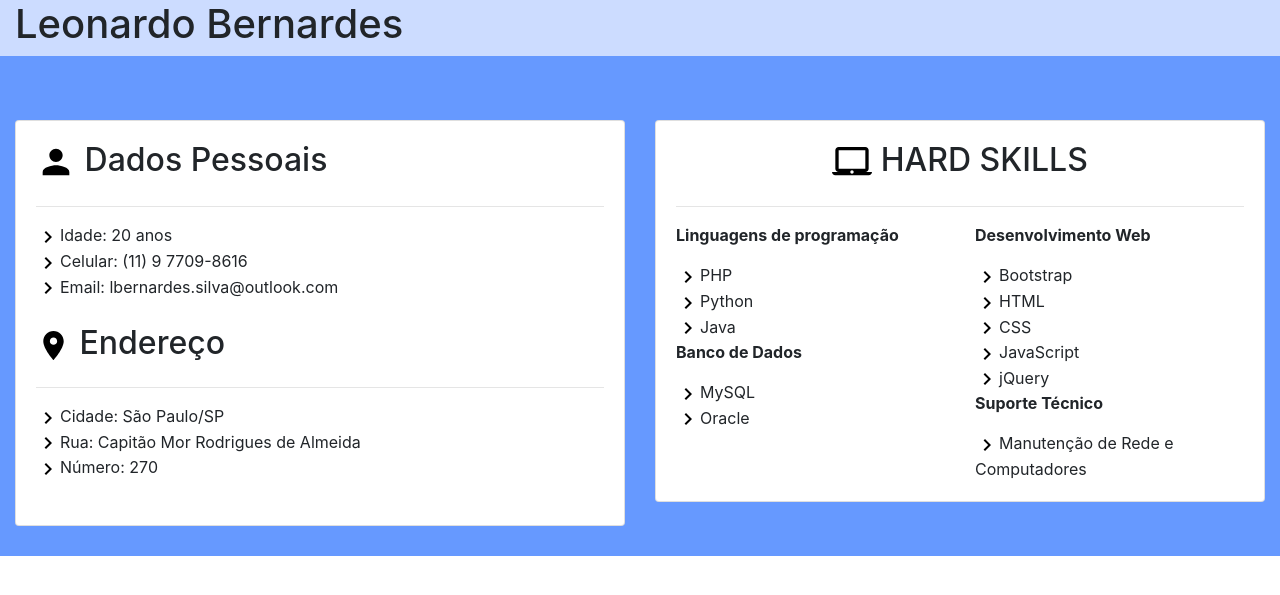
Repository: MeuAmor/meuamor.github.io
Page: index.html
These files come from the project's save history. The page is drawn as it stood at one moment and after the next save; the edit follows.
The browser window is 1280 px wide. The pictures show the whole page.

Above is the page before, as saved 2019-08-19 23:14:41.

### index.html
<!DOCTYPE html>
<html lang="pt">
<head>
  <title>2 ANOS</title>
  <meta charset="utf-8">
  <meta name="viewport" content="width=device-width, initial-scale=1">
  <link rel="stylesheet" href="assets/css/bootstrap4.1/bootstrap.min.css">
  <script src="assets/js/jquery.3.3.1.min.js"></script>
  <script src="assets/js/bootstrap4.1/popper.min.js"></script>
	<script src="assets/js/bootstrap4.1/bootstrap.min.js"></script>
	<!-- <style>
			hr {
				margin-top: 1rem;
				margin-bottom: 1rem;
				border: 5;
				border-top: 1px solid rgba(0, 0, 0, 0.1);
			}
		</style> -->
</head>
<body class="container-fluid">


	<div class="row" style="background:#ccdcff">
		<div class="col-md-6 ">
			<h1>Leonardo Bernardes</h1>
		</div>
		<div class="col-md-6 " id="redes_sociais">
			<!-- <a style="margin:10px;" class="btn btn-info btn-xs float-right" href="http://www.linkedin.com/in/leonardo-bernardes-da-silva-a8869b132">
				<svg xmlns="http://www.w3.org/2000/svg" width="24" height="24" viewBox="0 0 24 24" fill="none" stroke="currentColor" stroke-width="2" stroke-linecap="round" stroke-linejoin="round" class="feather feather-linkedin">
					<path d="M16 8a6 6 0 0 1 6 6v7h-4v-7a2 2 0 0 0-2-2 2 2 0 0 0-2 2v7h-4v-7a6 6 0 0 1 6-6z"></path><rect x="2" y="9" width="4" height="12"></rect>
					<circle cx="4" cy="4" r="2"></circle></svg>	LinkedIn</a>
				<a style="margin:10px;" class="btn btn-primary btn-xs float-right" href="http://www.facebook.com/lezinho.bernardes">
					<svg xmlns="http://www.w3.org/2000/svg" width="24" height="24" viewBox="0 0 24 24" fill="none" stroke="currentColor" stroke-width="2" stroke-linecap="round" stroke-linejoin="round" class="feather feather-facebook">
						<path d="M18 2h-3a5 5 0 0 0-5 5v3H7v4h3v8h4v-8h3l1-4h-4V7a1 1 0 0 1 1-1h3z"></path>
					</svg>
					LinkedIn
				</a>  -->
		</div>


</div>
<div class="row" style="background:#6699ff;min-height: 500px;">

	<!-- <hr> -->
	<!-- <p style="margin: 10px;">
		<a class="btn btn-dark" data-toggle="collapse" href="#multiCollapseExample1" role="button" aria-expanded="false" aria-controls="multiCollapseExample1">Toggle first element</a>
		<button class="btn btn-dark" type="button" data-toggle="collapse" data-target="#multiCollapseExample2" aria-expanded="false" aria-controls="multiCollapseExample2">Toggle second element</button>
		<button class="btn btn-dark" type="button" data-toggle="collapse" data-target=".multi-collapse" aria-expanded="false" aria-controls="multiCollapseExample1 multiCollapseExample2">Toggle both elements</button> -->
	<!-- </p> -->


	<div class="col-md-6" style="margin-top: 5%;">
		<div class="card card-body">
				<h2> <svg xmlns="http://www.w3.org/2000/svg" width="40" height="40" viewBox="0 0 24 24"><path d="M12 12c2.21 0 4-1.79 4-4s-1.79-4-4-4-4 1.79-4 4 1.79 4 4 4zm0 2c-2.67 0-8 1.34-8 4v2h16v-2c0-2.66-5.33-4-8-4z"/><path d="M0 0h24v24H0z" fill="none"/></svg> Dados Pessoais</h2>
				<hr>
					<div>

						<svg xmlns="http://www.w3.org/2000/svg" width="24" height="24" viewBox="0 0 24 24">
							<path d="M8.59 16.59L13.17 12 8.59 7.41 10 6l6 6-6 6-1.41-1.41z"/>
							<path fill="none" d="M0 0h24v24H0V0z"/>
						</svg>Idade: 20 anos<br>
						<svg xmlns="http://www.w3.org/2000/svg" width="24" height="24" viewBox="0 0 24 24">
							<path d="M8.59 16.59L13.17 12 8.59 7.41 10 6l6 6-6 6-1.41-1.41z"/>
							<path fill="none" d="M0 0h24v24H0V0z"/>
						</svg>Celular: (11) 9 7709-8616<br>
						<svg xmlns="http://www.w3.org/2000/svg" width="24" height="24" viewBox="0 0 24 24">
							<path d="M8.59 16.59L13.17 12 8.59 7.41 10 6l6 6-6 6-1.41-1.41z"/>
							<path fill="none" d="M0 0h24v24H0V0z"/>
						</svg>Email: lbernardes.silva@outlook.com<br><br>
					</div>

				<h2> <svg xmlns="http://www.w3.org/2000/svg" width="35" height="35" viewBox="0 0 24 24"><path d="M12 2C8.13 2 5 5.13 5 9c0 5.25 7 13 7 13s7-7.75 7-13c0-3.87-3.13-7-7-7zm0 9.5c-1.38 0-2.5-1.12-2.5-2.5s1.12-2.5 2.5-2.5 2.5 1.12 2.5 2.5-1.12 2.5-2.5 2.5z"/><path d="M0 0h24v24H0z" fill="none"/></svg> Endereço</h2>
				<hr>
				<div>
					<svg xmlns="http://www.w3.org/2000/svg" width="24" height="24" viewBox="0 0 24 24">
						<path d="M8.59 16.59L13.17 12 8.59 7.41 10 6l6 6-6 6-1.41-1.41z"/>
						<path fill="none" d="M0 0h24v24H0V0z"/>
					</svg>Cidade: São Paulo/SP<br>
					<svg xmlns="http://www.w3.org/2000/svg" width="24" height="24" viewBox="0 0 24 24">
						<path d="M8.59 16.59L13.17 12 8.59 7.41 10 6l6 6-6 6-1.41-1.41z"/>
						<path fill="none" d="M0 0h24v24H0V0z"/>
					</svg>Rua: Capitão Mor Rodrigues de Almeida<br>
					<svg xmlns="http://www.w3.org/2000/svg" width="24" height="24" viewBox="0 0 24 24">
						<path d="M8.59 16.59L13.17 12 8.59 7.41 10 6l6 6-6 6-1.41-1.41z"/>
						<path fill="none" d="M0 0h24v24H0V0z"/>
					</svg>Número: 270<br><br>
				</div>
		</div>
	</div>
	<div class="col-md-6" style="margin-top: 5%;">
		<div class="card card-body">
			<h2 style="text-align:center;"><svg xmlns="http://www.w3.org/2000/svg" width="40" height="40" viewBox="0 0 24 24"><path d="M0 0h24v24H0z" fill="none"/><path d="M20 18c1.1 0 1.99-.9 1.99-2L22 5c0-1.1-.9-2-2-2H4c-1.1 0-2 .9-2 2v11c0 1.1.9 2 2 2H0c0 1.1.9 2 2 2h20c1.1 0 2-.9 2-2h-4zM4 5h16v11H4V5zm8 14c-.55 0-1-.45-1-1s.45-1 1-1 1 .45 1 1-.45 1-1 1z"/></svg> HARD SKILLS  </h2>
			<hr>
				<div class="row">

					<div class="col-md-6">

						<p><b>Linguagens de programação</b></p>
						<div>
							<svg xmlns="http://www.w3.org/2000/svg" width="24" height="24" viewBox="0 0 24 24">
								<path d="M8.59 16.59L13.17 12 8.59 7.41 10 6l6 6-6 6-1.41-1.41z"/>
								<path fill="none" d="M0 0h24v24H0V0z"/>
							</svg>PHP<br>
							<svg xmlns="http://www.w3.org/2000/svg" width="24" height="24" viewBox="0 0 24 24">
								<path d="M8.59 16.59L13.17 12 8.59 7.41 10 6l6 6-6 6-1.41-1.41z"/>
								<path fill="none" d="M0 0h24v24H0V0z"/>
							</svg>Python<br>
							<svg xmlns="http://www.w3.org/2000/svg" width="24" height="24" viewBox="0 0 24 24">
								<path d="M8.59 16.59L13.17 12 8.59 7.41 10 6l6 6-6 6-1.41-1.41z"/>
								<path fill="none" d="M0 0h24v24H0V0z"/>
							</svg>Java<br>
						</div>
						<p><b>Banco de Dados</b></p>
						<div>
							<svg xmlns="http://www.w3.org/2000/svg" width="24" height="24" viewBox="0 0 24 24">
								<path d="M8.59 16.59L13.17 12 8.59 7.41 10 6l6 6-6 6-1.41-1.41z"/>
								<path fill="none" d="M0 0h24v24H0V0z"/>
							</svg>MySQL<br>
							<svg xmlns="http://www.w3.org/2000/svg" width="24" height="24" viewBox="0 0 24 24">
								<path d="M8.59 16.59L13.17 12 8.59 7.41 10 6l6 6-6 6-1.41-1.41z"/>
								<path fill="none" d="M0 0h24v24H0V0z"/>
							</svg>Oracle<br>
						</div>

					</div>
					<div class="col-md-6">
							<p><b>Desenvolvimento Web</b></p>
						<div>
							<svg xmlns="http://www.w3.org/2000/svg" width="24" height="24" viewBox="0 0 24 24">
								<path d="M8.59 16.59L13.17 12 8.59 7.41 10 6l6 6-6 6-1.41-1.41z"/>
								<path fill="none" d="M0 0h24v24H0V0z"/>
							</svg>Bootstrap<br>
							<svg xmlns="http://www.w3.org/2000/svg" width="24" height="24" viewBox="0 0 24 24">
								<path d="M8.59 16.59L13.17 12 8.59 7.41 10 6l6 6-6 6-1.41-1.41z"/>
								<path fill="none" d="M0 0h24v24H0V0z"/>
							</svg>HTML<br>
							<svg xmlns="http://www.w3.org/2000/svg" width="24" height="24" viewBox="0 0 24 24">
								<path d="M8.59 16.59L13.17 12 8.59 7.41 10 6l6 6-6 6-1.41-1.41z"/>
								<path fill="none" d="M0 0h24v24H0V0z"/>
							</svg>CSS<br>
							<svg xmlns="http://www.w3.org/2000/svg" width="24" height="24" viewBox="0 0 24 24">
								<path d="M8.59 16.59L13.17 12 8.59 7.41 10 6l6 6-6 6-1.41-1.41z"/>
								<path fill="none" d="M0 0h24v24H0V0z"/>
							</svg>JavaScript<br>
							<svg xmlns="http://www.w3.org/2000/svg" width="24" height="24" viewBox="0 0 24 24">
								<path d="M8.59 16.59L13.17 12 8.59 7.41 10 6l6 6-6 6-1.41-1.41z"/>
								<path fill="none" d="M0 0h24v24H0V0z"/>
							</svg>jQuery<br>
						</div>

						<p><b>Suporte Técnico</b></p>
						<div>
								<svg xmlns="http://www.w3.org/2000/svg" width="24" height="24" viewBox="0 0 24 24">
									<path d="M8.59 16.59L13.17 12 8.59 7.41 10 6l6 6-6 6-1.41-1.41z"/>
									<path fill="none" d="M0 0h24v24H0V0z"/>
								</svg>Manutenção de Rede e Computadores<br>
							</div>
					</div>

				</div>
			</div>

	</div>

</div>
</body>
</html>

Loaded but not shown: assets/css/bootstrap4.1/bootstrap.min.css (library); assets/js/jquery.3.3.1.min.js (library); assets/js/bootstrap4.1/popper.min.js (library); assets/js/bootstrap4.1/bootstrap.min.js (library)

After the next save:
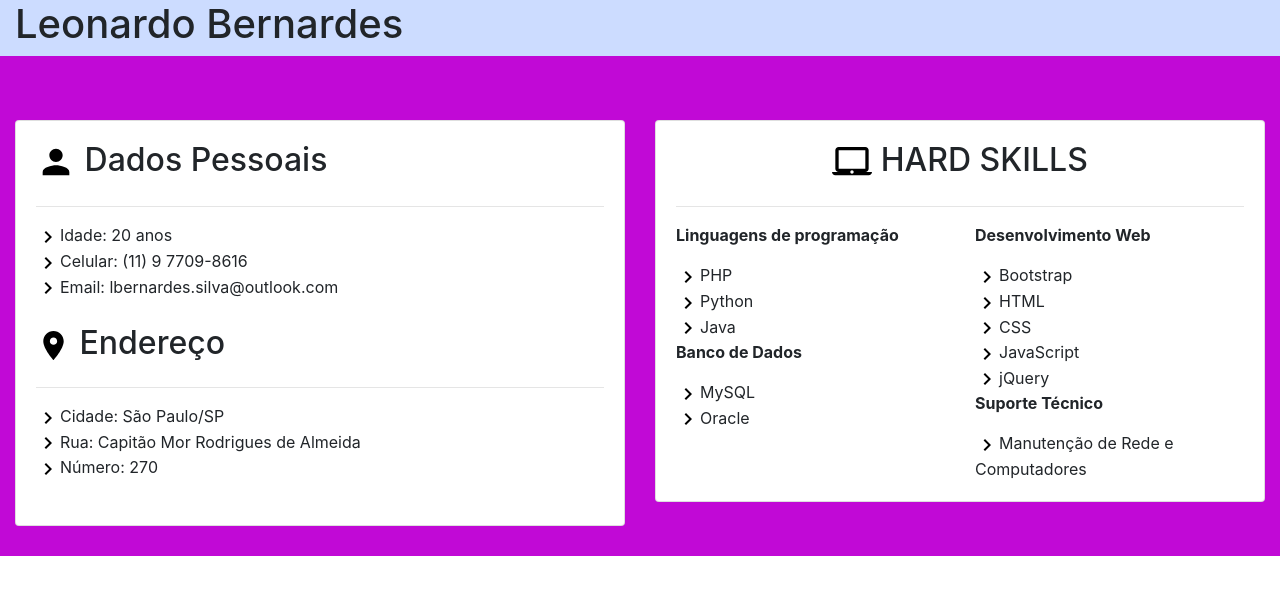
Saved 104 s later.
--- a/index.html
+++ b/index.html
@@ -39,7 +39,7 @@
 
 
 </div>
-<div class="row" style="background:#6699ff;min-height: 500px;">
+<div class="row" style="background:#c109d6;min-height: 500px;">
 
 	<!-- <hr> -->
 	<!-- <p style="margin: 10px;">
